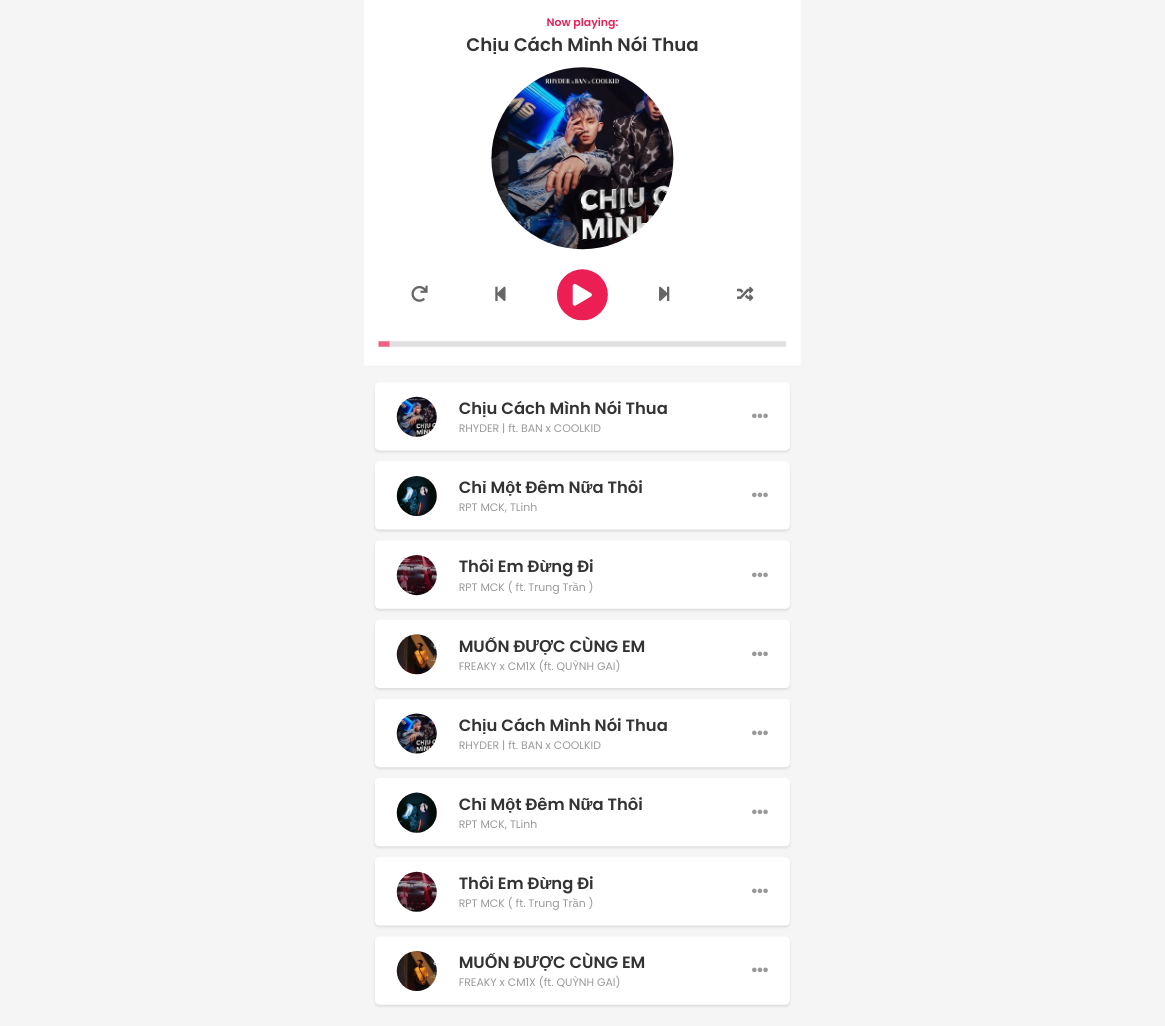
Repository: ChiNg22nd04/MusicPlayer
Page: index.html
These files come from the project's save history. The page is drawn as it stood at one moment and after a run of saves; the edit follows.
The browser window is 1280 px wide. The pictures show the whole page, at 91% of full size.

Above is the page before, as saved 2023-12-31 16:48:38.

### index.html
<!DOCTYPE html>
<html lang="en">
<head>
    <meta charset="UTF-8">
    <meta name="viewport" content="width=device-width, initial-scale=1.0">
    <title>Music player</title>
    <link rel="stylesheet" href="https://cdnjs.cloudflare.com/ajax/libs/font-awesome/5.15.2/css/all.min.css" integrity="sha512-HK5fgLBL+xu6dm/Ii3z4xhlSUyZgTT9tuc/hSrtw6uzJOvgRr2a9jyxxT1ely+B+xFAmJKVSTbpM/CuL7qxO8w==" crossorigin="anonymous" />
    <link rel="preconnect" href="https://fonts.gstatic.com">
    <link href="https://fonts.googleapis.com/css2?family=Poppins:wght@300;400;600&display=swap" rel="stylesheet">
    <link rel="stylesheet" href="./assets/css/style.css">
</head>
<body>


<div class="player">
  <!-- Dashboard -->
  <div class="dashboard">
    <!-- Header -->
    <header>
      <h4>Now playing:</h4>
      <h2>String 57th & 9th</h2>
    </header>

    <!-- CD -->
    <div class="cd">
      <div class="cd-thumb"
        style="background-image: url(./assets/img/cmdnt.jpeg);">

      </div>
    </div>

    <!-- Control -->
    <div class="control">
      <div class="btn btn-repeat">
        <i class="fas fa-redo"></i>
      </div>
      <div class="btn btn-prev">
        <i class="fas fa-step-backward"></i>
      </div>
      <div class="btn btn-toggle-play">
        <i classa="fas fa-pause icon-pause"></i>
        <i class="fas fa-play icon-play"></i>
      </div>
      <div class="btn btn-next">
        <i class="fas fa-step-forward"></i>
      </div>
      <div class="btn btn-random">
        <i class="fas fa-random"></i>
      </div>
    </div>

    <input id="progress" class="progress" type="range" value="0" step="1" min="0" max="100">

    <audio id="audio" src=""></audio>
  </div>

  <!-- Playlist -->
  <div class="playlist">

  </div>
</div>
<script src="./main.js"></script>
<!-- Design from: https://static.collectui.com/shots/3671744/musicloud-revolutionary-app-for-music-streaming-large -->
</body>
</html>

### assets/css/style.css
:root {
    --primary-color: #ec1f55;
    --text-color: #333;
  }

  * {
    padding: 0;
    margin: 0;
    box-sizing: inherit;
  }

  body {
    background-color: #f5f5f5;
  }

  html {
    box-sizing: border-box;
    font-family: "Poppins", sans-serif;
  }

  .player {
    position: relative;
    max-width: 480px;
    margin: 0 auto;
  }

  .player .icon-pause {
    display: none ;

  }

  .player.playing .icon-pause {
    display: inline-block ;
  }

  .player.playing .icon-play {
    display: none;
  }

  .dashboard {
    padding: 16px 16px 14px;
    background-color: #fff;
    position: fixed;
    top: 0;
    width: 100%;
    max-width: 480px;
    border-bottom: 1px solid #ebebeb;
  }

  /* HEADER */
  header {
    text-align: center;
    margin-bottom: 10px;
  }

  header h4 {
    color: var(--primary-color);
    font-size: 12px;
  }

  header h2 {
    color: var(--text-color);
    font-size: 20px;
  }

  /* CD */
  .cd {
    display: flex;
    margin: auto;
    width: 200px;
  }

  .cd-thumb {
    width: 100%;
    padding-top: 100%;
    border-radius: 50%;
    background-color: #333;
    background-size: cover;
    margin: auto;
  }

  /* CONTROL */
  .control {
    display: flex;
    align-items: center;
    justify-content: space-around;
    padding: 18px 0 8px 0;
  }

  .control .btn {
    color: #666;
    padding: 18px;
    font-size: 18px;
  }

  .control .btn.active {
    color: var(--primary-color);
  }
  .control .btn-toggle-play {
    width: 56px;
    height: 56px;
    border-radius: 50%;
    font-size: 24px;
    color: #fff;
    display: flex;
    align-items: center;
    justify-content: center;
    background-color: var(--primary-color);
  }

  .progress {
    width: 100%;
    -webkit-appearance: none;
    height: 6px;
    background: #d3d3d3;
    outline: none;
    opacity: 0.7;
    -webkit-transition: 0.2s;
    transition: opacity 0.2s;
  }

  .progress::-webkit-slider-thumb {
    -webkit-appearance: none;
    appearance: none;
    width: 12px;
    height: 6px;
    background-color: var(--primary-color);
    cursor: pointer;
  }

  /* PLAYLIST */
  .playlist {
    margin-top: 408px;
    padding: 12px;
  }

  .song {
    display: flex;
    align-items: center;
    margin-bottom: 12px;
    background-color: #fff;
    padding: 8px 16px;
    border-radius: 5px;
    box-shadow: 0 2px 3px rgba(0, 0, 0, 0.1);
  }

  .song.active {
    background-color: var(--primary-color);
  }

  .song:active {
    opacity: 0.8;
  }

  .song.active .option,
  .song.active .author,
  .song.active .title {
    color: #fff;
  }

  .song .thumb {
    width: 44px;
    height: 44px;
    border-radius: 50%;
    background-size: cover;
    margin: 0 8px;
  }

  .song .body {
    flex: 1;
    padding: 0 16px;
  }

  .song .title {
    font-size: 18px;
    color: var(--text-color);
  }

  .song .author {
    font-size: 12px;
    color: #999;
  }

  .song .option {
    padding: 16px 8px;
    color: #999;
    font-size: 18px;
  }

### main.js
const $ = document.querySelector.bind(document);
const $$ = document.querySelectorAll.bind(document);

const playlist = $('.playlist');
const audio = $('#audio');
const heading = $('header h2');
const cdThumb = $('.cd-thumb');
const playBtn = $('.btn-toggle-play');
const player = $('.player');
const nextBtn = $('.btn-next');
const prevBtn = $('.btn-prev');
//! List bài hát
const app = {
    currentIndex: 0,
    isPlaying: false,
    listSong: [
        {
            name: 'Chịu Cách Mình Nói Thua',
            singer: 'RHYDER | ft. BAN x COOLKID ',
            path: './assets/music/ChiuCachMinhNoiThua-RHYDERCoolkidBAN-12449134.mp3',
            img:'./assets/img/ccmnt.jpeg',
        },
        {
            name: 'Chỉ Một Đêm Nữa Thôi',
            singer: 'RPT MCK, TLinh',
            path: './assets/music/ChiMotDemNuaThoi-MCK-8804087.mp3',
            img: './assets/img/cmdnt.jpeg',
        },
        {
            name: 'Thôi Em Đừng Đi',
            singer: 'RPT MCK ( ft. Trung Trần )',
            path: './assets/music/ThoiEmDungDi-MCK-8804088.mp3',
            img: './assets/img/tedd.jpeg',
        },
        {
            name: 'MUỐN ĐƯỢC CÙNG EM',
            singer: 'FREAKY x CM1X (ft. QUỲNH GAI)',
            path: './assets/music/MuonDuocCungEm-Freaky-6792500.mp3',
            img: './assets/img/mdce.jpeg',
        },
        {
            name: 'Chịu Cách Mình Nói Thua',
            singer: 'RHYDER | ft. BAN x COOLKID ',
            path: './assets/music/ChiuCachMinhNoiThua-RHYDERCoolkidBAN-12449134.mp3',
            img:'./assets/img/ccmnt.jpeg',
        },
        {
            name: 'Chỉ Một Đêm Nữa Thôi',
            singer: 'RPT MCK, TLinh',
            path: './assets/music/ChiMotDemNuaThoi-MCK-8804087.mp3',
            img: './assets/img/cmdnt.jpeg',
        },
        {
            name: 'Thôi Em Đừng Đi',
            singer: 'RPT MCK ( ft. Trung Trần )',
            path: './assets/music/ThoiEmDungDi-MCK-8804088.mp3',
            img: './assets/img/tedd.jpeg',
        },
        {
            name: 'MUỐN ĐƯỢC CÙNG EM',
            singer: 'FREAKY x CM1X (ft. QUỲNH GAI)',
            path: './assets/music/MuonDuocCungEm-Freaky-6792500.mp3',
            img: './assets/img/mdce.jpeg',
        },
    ],

    //hàm để render ra view
    render: function() {
        const htmls = this.listSong.map((song) => {
            return `
            <div class="song">
                <div class="thumb"
                    style="background-image: url('${song.img}');">
                </div>
                <div class="body">
                    <h3 class="title">${song.name}</h3>
                    <p class="author">${song.singer}</p>
                </div>
                <div class="option">
                    <i class="fas fa-ellipsis-h"></i>
                </div>
            </div>
       `

        })
        $('.playlist').innerHTML = htmls.join('\n');
    },
    //handleEven
    handleEnvens: function() {
        // xử lý phóng to thu nhỏ
        const cdWidth =  $('.cd').offsetWidth
        document.onscroll = function() {
            // const scroll = window.scrollY
            const scroll = document.documentElement.scrollTop || window.scrollY
            const cdNew = cdWidth - scroll
            // nếu cdNew > 0 thì
            $('.cd').style.width = cdNew  > 0 ? cdNew + 'px' : 0;
            $('.cd').style.opacity = cdNew / cdWidth;
        }

        //lắng nghe sự kiện click play
        playBtn.onclick = function() {
            audio.play()
            player.classList.add('playing')
            //nếu đang playing thì phải pause còn k thì ngược lại
            if(app.isPlaying) {
                // app.isPlaying = false;
                audio.pause();
                // player.classList.remove('playing');
            }
            else {
                // app.isPlaying = true;
                audio.play();
                // player.classList.add('playing');
            }
        }

        //khi song được play lắng nghe trên thẻ audio
        audio.onplay = function() {
            app.isPlaying = true;
            player.classList.add('playing');
        }
        //khi song bị pause
        audio.onpause = function() {
            app.isPlaying = false;
            player.classList.remove('playing');
        }

        //khi pre song
        prevBtn.onclick = function() {
            app.prevSong();
            audio.play();
        }
        //khi next song
        nextBtn.onclick = function() {
            app.nextSong();
            audio.play();
        }
    },
    //hàm để xử lý khi click vào song
    // songActive: function() {
    //     const songList = $$('.song')
    //     for (var i = 0; i < songList.length; i++) {
    //         songList[i].onclick = function() {
    //             console.log(this.name);
    //         }
    //     }
    // },

    //prev song
    prevSong: function() {
        this.currentIndex--;
        if(this.currentIndex < 0) {
            this.currentIndex = this.listSong.length - 1;
        }
        this.loadCurrentSong();
    },

    //next song
    nextSong: function() {
        this.currentIndex++;
        if(this.currentIndex >= this.listSong.length) {
            this.currentIndex = 0;
        }
        this.loadCurrentSong();
    },

    //hàm để lấy ra bài hát hiện tại
    getCurrentSong: function() {
        return this.listSong[this.currentIndex].name;
    },
    //hàm để load bài hát hiện tại
    loadCurrentSong: function() {

        heading.textContent = this.listSong[this.currentIndex].name;
        cdThumb.style.backgroundImage = `url(${this.listSong[this.currentIndex].img})`;
        audio.src = this.listSong[this.currentIndex].path;
    },

    //pthức start() để bắt đầu
    start: function() {
        //lắng nghe và xử lý các sự kiện
        this.handleEnvens()
        //render playlist
        this.render()
        this.getCurrentSong()
        this.loadCurrentSong()
        this.nextSong()
        this.prevSong()
    }
}

app.start();

After the next 2 saves:
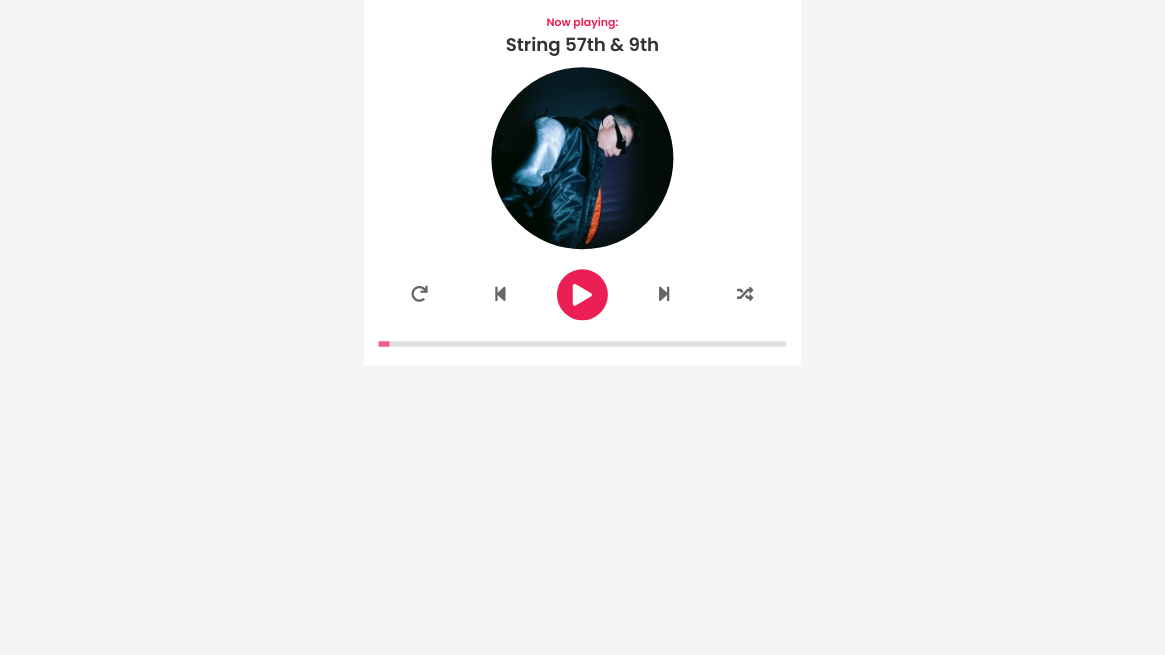
Console error: SyntaxError: Missing initializer in const declaration
The 2 saves are shown as one change because they came seconds apart.
The last was saved 2 min 15 s later.
--- a/main.js
+++ b/main.js
@@ -9,6 +9,7 @@
 const player = $('.player');
 const nextBtn = $('.btn-next');
 const prevBtn = $('.btn-prev');
+const btn btn-repeat = $('.btn-repeat');
 //! List bài hát
 const app = {
     currentIndex: 0,

After the save that followed:
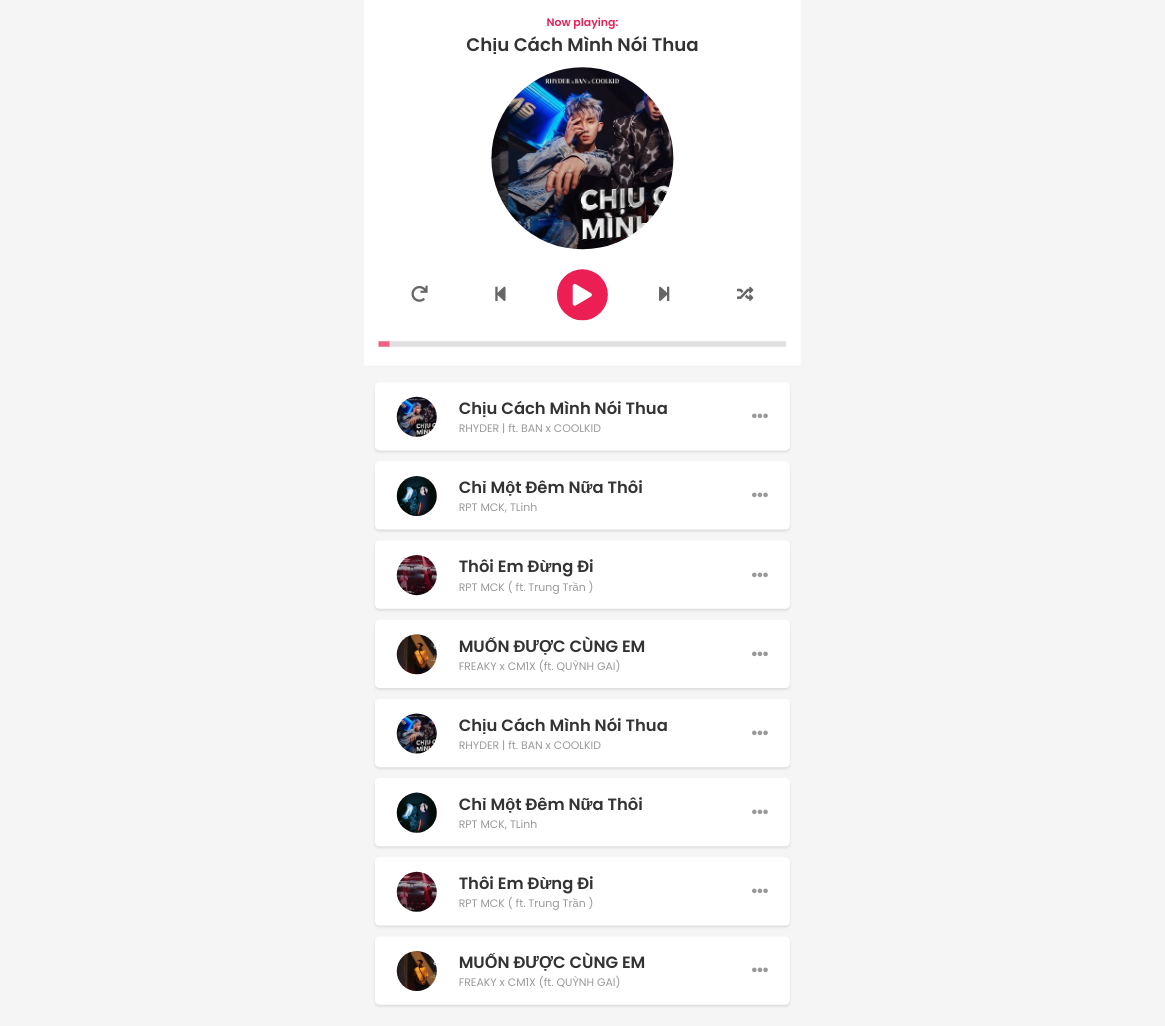
The error is gone.
Saved 6 s later.
--- a/main.js
+++ b/main.js
@@ -9,7 +9,7 @@
 const player = $('.player');
 const nextBtn = $('.btn-next');
 const prevBtn = $('.btn-prev');
-const btn btn-repeat = $('.btn-repeat');
+const rea = $('.btn-repeat');
 //! List bài hát
 const app = {
     currentIndex: 0,
